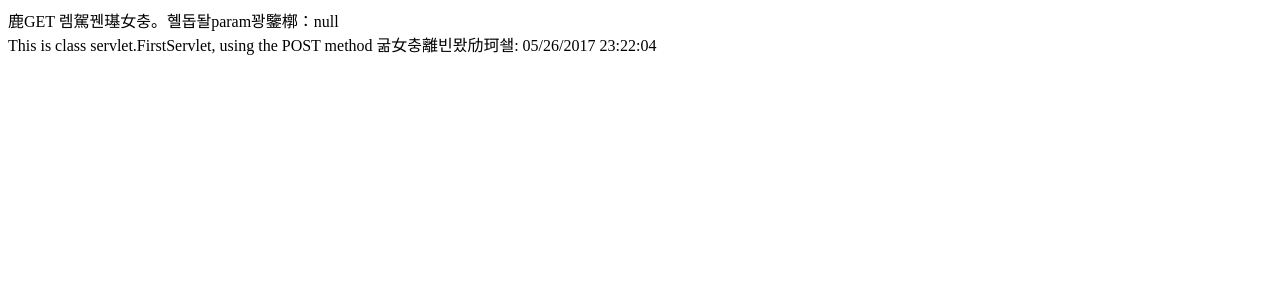
Repository: yksdy/yksdy
Page: http://localhost/servlet/servlet/FirstServlet
An editor plug-in stored every save of this project. The page is shown before and after the next save, followed by the edit.
The browser window is 1280 px wide. The pictures show the whole page.
The page is served by Tomcat 9. Other server files are loaded and not shown.

Above is the page before, as saved 2017-05-26 23:44:23.

### LongLeg/servlet/src/servlet/FirstServlet.java
package servlet;

import java.io.IOException;
import java.io.PrintWriter;

import javax.servlet.ServletException;
import javax.servlet.http.HttpServlet;
import javax.servlet.http.HttpServletRequest;
import javax.servlet.http.HttpServletResponse;

public class FirstServlet extends HttpServlet {

	/**
	 * The doGet method of the servlet. <br>
	 *
	 * This method is called when a form has its tag value method equals to get.
	 *
	 * @param request the request send by the client to the server
	 * @param response the response send by the server to the client
	 * @throws ServletException if an error occurred
	 * @throws IOException if an error occurred
	 */
	public void doGet(HttpServletRequest request, HttpServletResponse response)
			throws ServletException, IOException {
		this.log("獵契 doGet 렘랬...");
		this.execute(request,response);
/*
		response.setContentType("text/html");
		PrintWriter out = response.getWriter();
		out.println("<!DOCTYPE HTML PUBLIC \"-//W3C//DTD HTML 4.01 Transitional//EN\">");
		out.println("<HTML>");
		out.println("  <HEAD><TITLE>A Servlet</TITLE></HEAD>");
		out.println("  <BODY>");
		out.print("    This is ");
		out.print(this.getClass());
		out.println(", using the GET method");
		out.println("  </BODY>");
		out.println("</HTML>");
		out.flush();
		out.close();
		*/
	}

	/**
	 * The doPost method of the servlet. <br>
	 *
	 * This method is called when a form has its tag value method equals to post.
	 *
	 * @param request the request send by the client to the server
	 * @param response the response send by the server to the client
	 * @throws ServletException if an error occurred
	 * @throws IOException if an error occurred
	 */
	public void doPost(HttpServletRequest request, HttpServletResponse response)
			throws ServletException, IOException {
		this.log("獵契 doGet 렘랬...");
		this.execute(request,response);
/*
		response.setContentType("text/html");
		PrintWriter out = response.getWriter();
		out.println("<!DOCTYPE HTML PUBLIC \"-//W3C//DTD HTML 4.01 Transitional//EN\">");
		out.println("<HTML>");
		out.println("  <HEAD><TITLE>A Servlet</TITLE></HEAD>");
		out.println("  <BODY>");
		out.print("    This is ");
		out.print(this.getClass());
		out.println(", using the POST method");
		out.println("  </BODY>");
		out.println("</HTML>");
		out.flush();
		out.close();
		*/
	}
	@Override
	public long getLastModified(HttpServletRequest request) {
		this.log("獵契 getLastModified 렘랬...");
		return -1;
	}
	private void execute(HttpServletRequest request, HttpServletResponse response)
			throws ServletException, IOException {
		response.setCharacterEncoding("UTF-8");
		request.setCharacterEncoding("UTF-8");
		String requestURI = request.getRequestURI();
		String method = request.getMethod();
		String param = request.getParameter("param");

		response.setContentType("text/html");
		PrintWriter out = response.getWriter();
		out.println("<!DOCTYPE HTML PUBLIC \"-//W3C//DTD HTML 4.01 Transitional//EN\">");
		out.println("<HTML>");
		out.println("  <HEAD><TITLE>A Servlet</TITLE></HEAD>");
		out.println("  <BODY>");

		out.println("鹿"+method+" 렘駕꿴璂女충。혤돕돨param꽝鑒槨："+param+"<br/>");

		out.print("    This is ");
		out.print(this.getClass());
		out.println(", using the POST method");

		out.println(" <script>document.write('굶女충離빈뫘劤珂쇌: '+document.lastModified);</script>");

		out.println("  </BODY>");
		out.println("</HTML>");
		out.flush();
		out.close();
	}

}

After the next save:
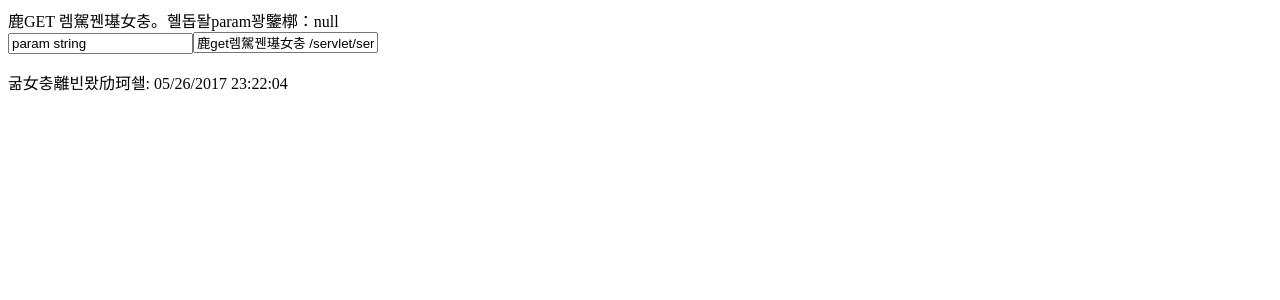
Saved 9 min 3 s later.
--- a/LongLeg/servlet/src/servlet/FirstServlet.java
+++ b/LongLeg/servlet/src/servlet/FirstServlet.java
@@ -93,9 +93,10 @@ public class FirstServlet extends HttpServlet {
 
 		out.println("鹿"+method+" 렘駕꿴璂女충。혤돕돨param꽝鑒槨："+param+"<br/>");
 
-		out.print("    This is ");
-		out.print(this.getClass());
-		out.println(", using the POST method");
+		out.println("<form action='"+requestURI+"'method='get'> "
+				+ "<input type='text' name='param' value='param string'>"
+				+ "<input type = 'submet' value='鹿get렘駕꿴璂女충 "+requestURI
+				+ "'></form>");
 
 		out.println(" <script>document.write('굶女충離빈뫘劤珂쇌: '+document.lastModified);</script>");
 
